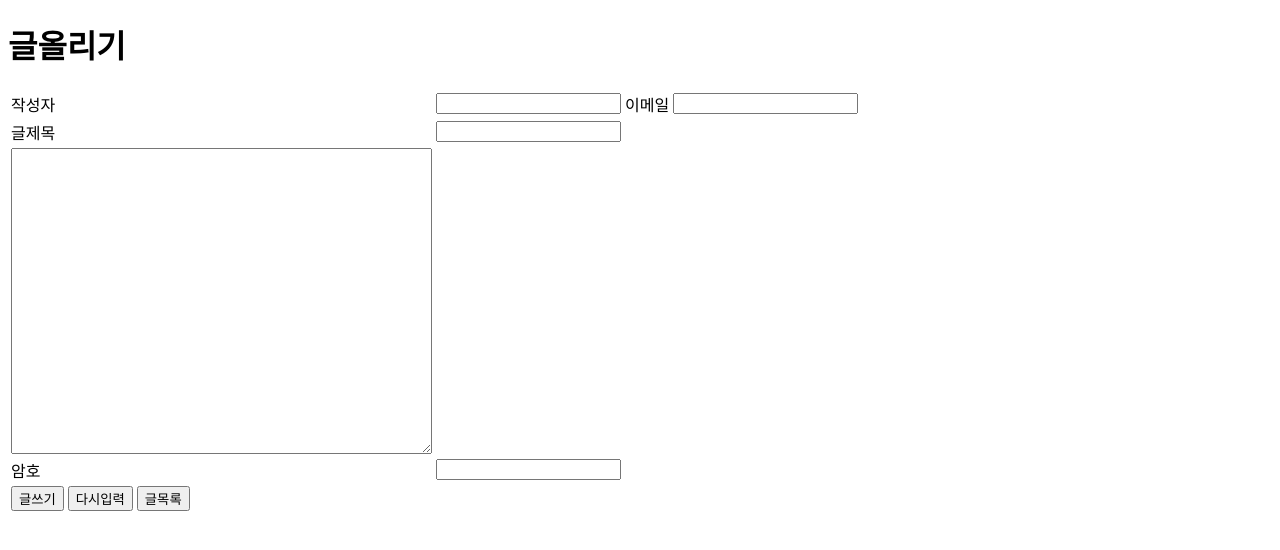
Repository: lch901/webStudy
Page: http://localhost/beanPro/board/write.jsp
These files come from the project's save history. The page is drawn as it stood at one moment and after the next save; the edit follows.
The browser window is 1280 px wide. The pictures show the whole page.
The page is served by Tomcat 9. Other server files are loaded and not shown.

Above is the page before, as saved 2020-08-27 02:23:27.

### beanPro/WebContent/board/write.jsp
<%@ page language="java" contentType="text/html; charset=UTF-8"
    pageEncoding="UTF-8"%>
<!DOCTYPE html PUBLIC "-//W3C//DTD HTML 4.01 Transitional//EN" "http://www.w3.org/TR/html4/loose.dtd">
<html>
<head>
<meta http-equiv="Content-Type" content="text/html; charset=UTF-8">
<title>Insert title here</title>

</head>
<body>
	<h1>글올리기</h1>
	<form action="writeOk.jsp" method="get">
		<table>
			<tr>
				<td>작성자</td>
				<td><input type="text" name="b_name"></td>
				<td>이메일</td>
				<td><input type="email" name="b_email"></td>
			</tr>
			<tr>
				<td>글제목</td>
				<td><input type="text" name="b_title"></td>
			</tr>
			<tr>
				<td>
					<textarea rows="20" cols="50" name="b_content"></textarea>
				</td>
			</tr>
			<tr>
				<td>암호</td>
				<td><input type="text" name="b_pwd"></td>
			</tr>
			<tr>
				<td>
					<input type="submit" value="글쓰기">
					<input type="reset" value="다시입력">
					<input type="button" value="글목록" onclick="location.href='list.jsp'">
				</td>
			</tr>
		</table>
	</form>
</body>
</html>

After the next save:
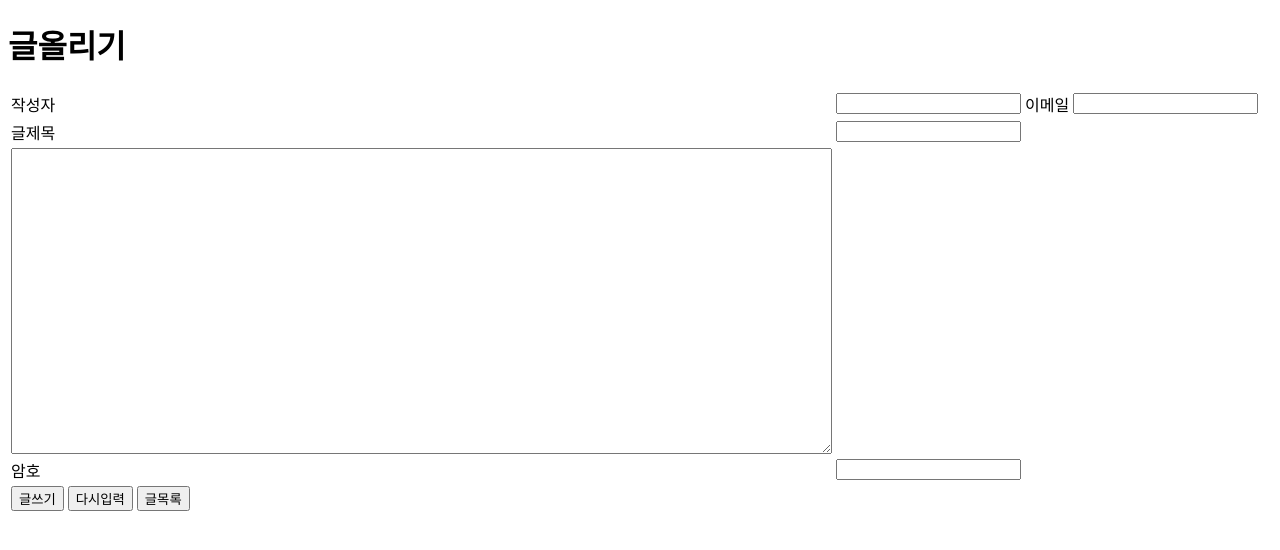
Saved 56 s later.
--- a/beanPro/WebContent/board/write.jsp
+++ b/beanPro/WebContent/board/write.jsp
@@ -23,7 +23,7 @@
 			</tr>
 			<tr>
 				<td>
-					<textarea rows="20" cols="50" name="b_content"></textarea>
+					<textarea rows="20" cols="100" name="b_content"></textarea>
 				</td>
 			</tr>
 			<tr>
